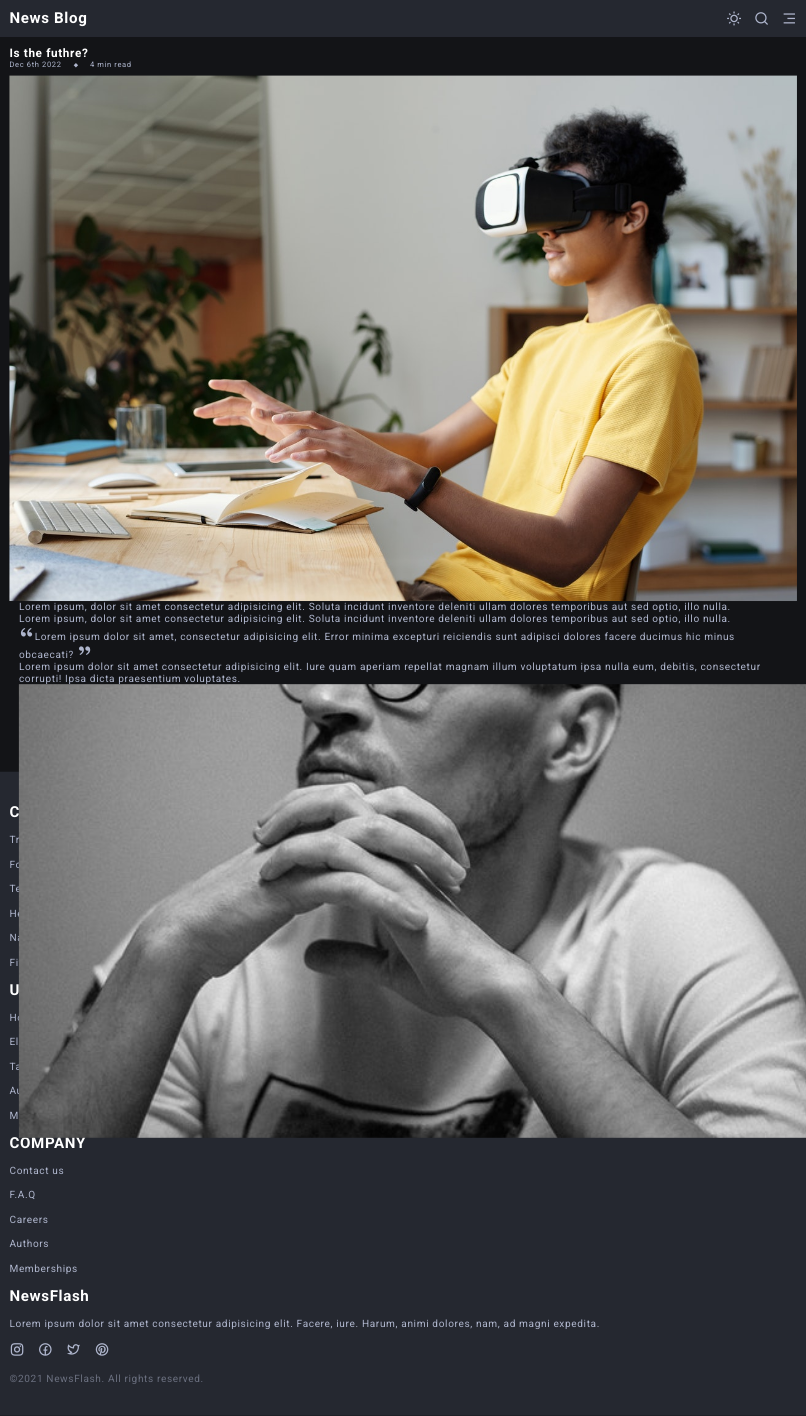
Repository: Junichi-Machii/news-blog-test
Page: post.html
An editor plug-in stored every save of this project. The page is shown before and after a run of saves, followed by the edit.
The browser window is 1280 px wide. The pictures show the whole page, at 63% of full size.
The style sheet was rebuilt from its Sass, Less or Tailwind sources for each picture, by a compiler version that may differ from the author's.

Above is the page before, as saved 2023-05-13 10:40:56.

After the next 14 saves:
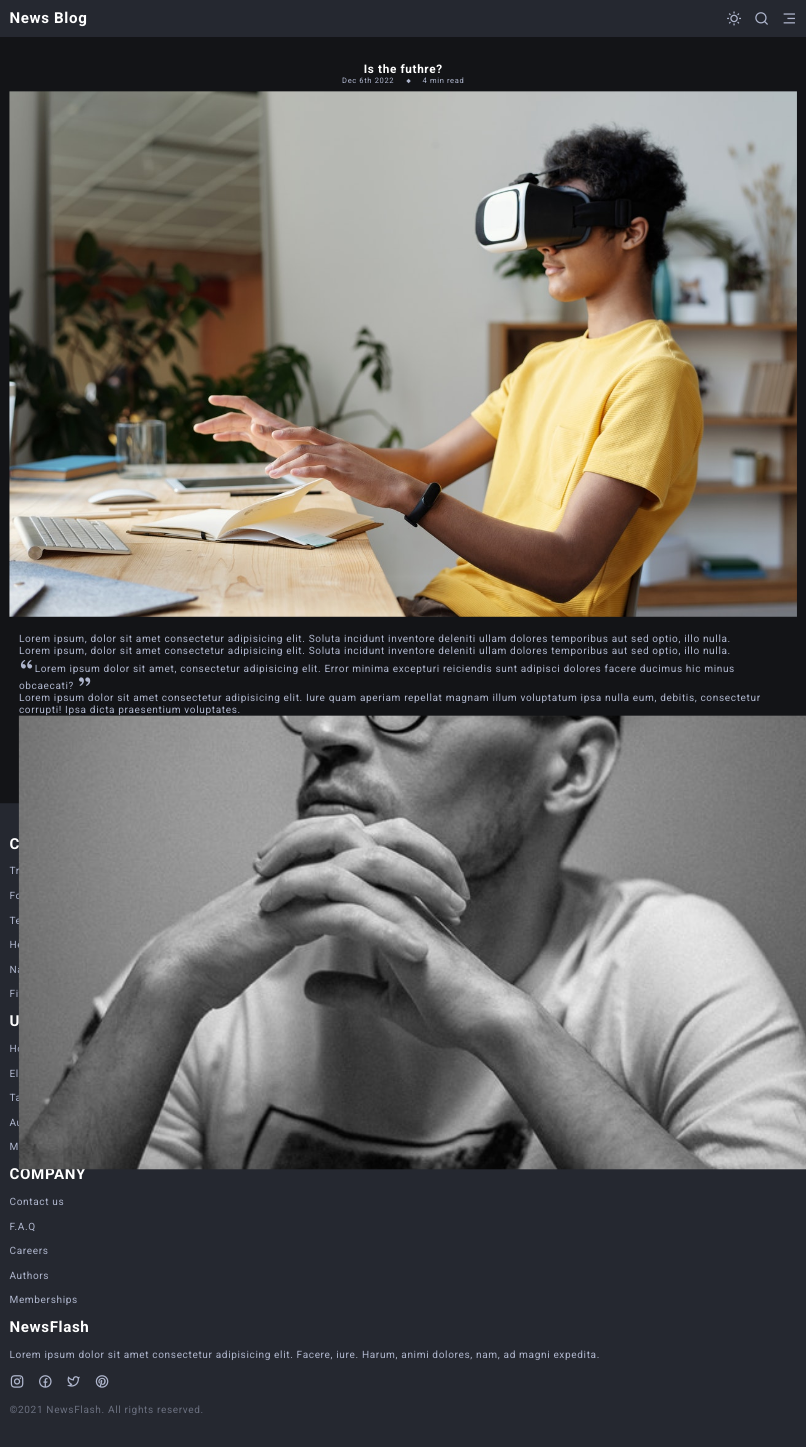
The 14 saves are shown as one change because 1 did not build or start and some came seconds apart.
The last was saved 40 s later.
--- a/style.scss
+++ b/style.scss
@@ -657,6 +657,9 @@ body.light-theme {
   &-data {
     display: flex;
     flex-direction: column;
+    align-items: center;
+    text-align: center;
+    padding-block: 2.5rem;
   }
 }
 /* Media queries */
